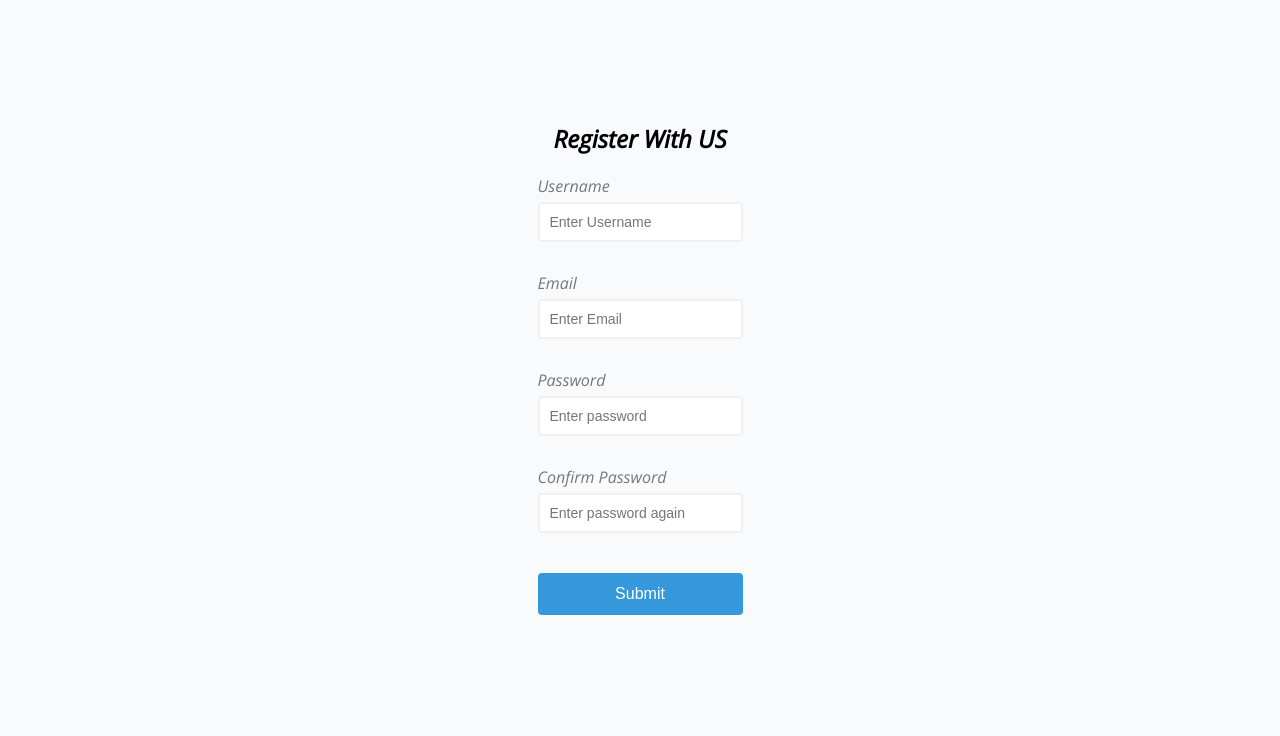
Repository: Izaya171/programming
Page: musicPlayer/index.html
These files come from the project's save history. The page is drawn as it stood at one moment and after the next save; the edit follows.
The browser window is 1280 px wide. The pictures show the whole page.

Above is the page before, as saved 2021-09-18 12:30:50.

### musicPlayer/index.html
<!DOCTYPE html>
<html lang="en">

<head>
    <meta charset="UTF-8">
    <meta http-equiv="X-UA-Compatible" content="IE=edge">
    <meta name="viewport" content="width=device-width, initial-scale=1.0">
    <link rel="stylesheet" href="styles.css" class="rel style">
    <title>Form Validator</title>
</head>

<body>
    <div class="container">
        <form id="form" class="form">
            <h2>Register With US</h2>
            <div class="form-control">
                <label for="username">Username</label>
                <input type="text" id="username" placeholder="Enter Username">
                <small>Error Message</small>
            </div>
            <div class="form-control">
                <label for="email">Email</label>
                <input type="text" id="email" placeholder="Enter Email">
                <small>Error Message</small>
            </div>
            <div class="form-control">
                <label for="password">Password</label>
                <input type="password" id="password" placeholder="Enter password">
                <small>Error Message</small>
            </div>
            <div class="form-control">
                <label for="password2">Confirm Password</label>
                <input type="password" id="password2" placeholder="Enter password again">
                <small>Error Message</small>
            </div>
            <button>Submit</button>
        </form>

    </div>

    <script src="script.js"></script>
</body>

</html>

### musicPlayer/styles.css
@import url('https://fonts.googleapis.com/css2?family=Open+Sans:ital,wght@1,300&display=swap');
:root {
    --success-color: #2ecc71;
    --error-color: #e74c3c;
}

* {
    box-sizing: border-box;
}

body {
    background-color: #f9fafb;
    font-family: 'Open Sans', sans-serif;
    display: flex;
    align-items: center;
    justify-content: center;
    min-height: 100vh;
}

container {
    background-color: #fff;
    border-radius: 5px;
    box-shadow: 0 2px 10px rgb(0, 0, 0, 0.3);
    width: 400px;
}

h2 {
    text-align: center;
    margin: 0 0 20px;
}

.form {
    padding: 30px 40px;
}

.form-control {
    margin-bottom: 10px;
    padding-bottom: 20px;
    position: relative;
}

.form-control label {
    color: #777;
    display: block;
    margin-bottom: 5px;
}

.form-control input {
    border: 2px solid #f0f0f0;
    border-radius: 4px;
    display: block;
    width: 100%;
    padding: 10px;
    font-size: 14px;
}

.form-control input:focus {
    outline: 0;
    border-color: rgb(128, 66, 66)
}

.form-control.success input {
    border-color: var(--success-color);
}

.form-control.error input {
    border-color: var(--error-color);
}

.form-control small {
    color: var(--error-color);
    position: absolute;
    bottom: 0;
    left: 0;
    visibility: hidden;
}

.form-control.error small {
    visibility: visible;
}

.form button {
    cursor: pointer;
    background-color: #3498db;
    border: 2px solid #3498db;
    border-radius: 4px;
    color: #fff;
    display: block;
    font-size: 16px;
    padding: 10px;
    margin-top: 20px;
    width: 100%;
}

Loaded but not shown: musicPlayer/script.js (no stored copy; drawn as an empty file)

After the next save:
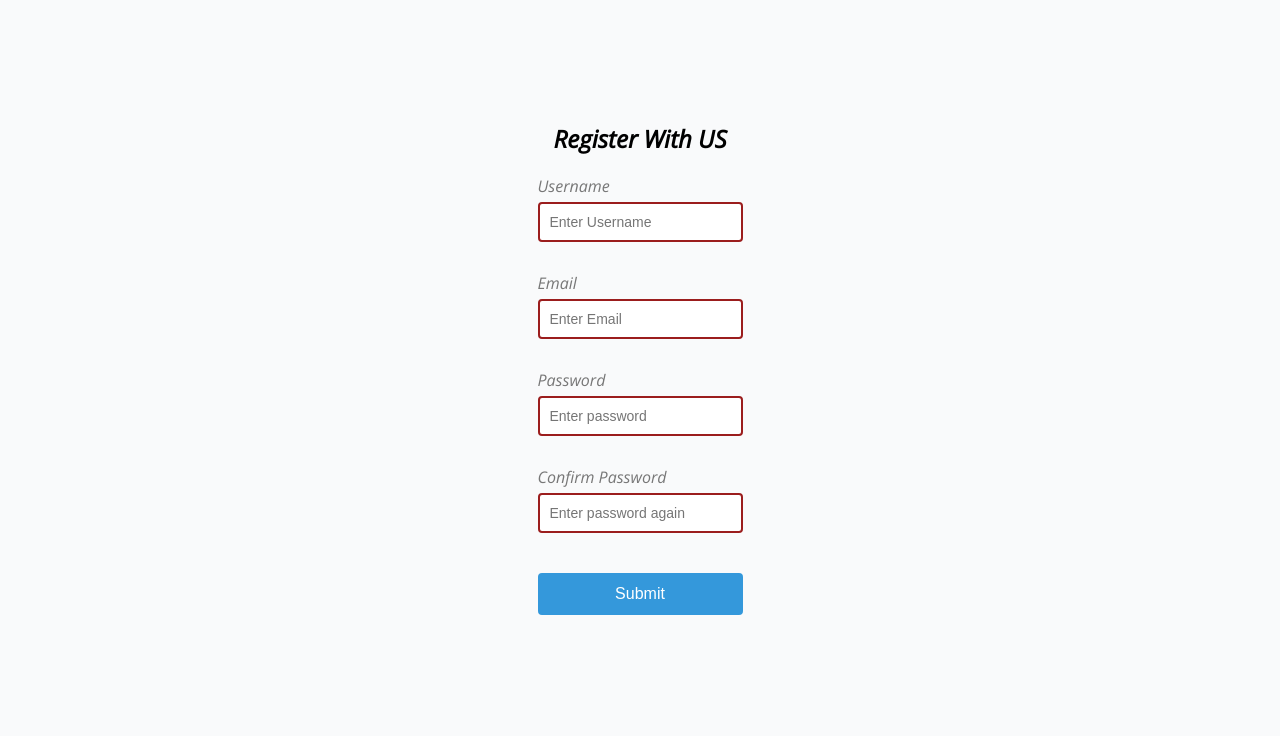
Saved 22 s later.
--- a/musicPlayer/styles.css
+++ b/musicPlayer/styles.css
@@ -46,7 +46,7 @@ h2 {
 }
 
 .form-control input {
-    border: 2px solid #f0f0f0;
+    border: 2px solid #9b1d1d;
     border-radius: 4px;
     display: block;
     width: 100%;
@@ -56,7 +56,7 @@ h2 {
 
 .form-control input:focus {
     outline: 0;
-    border-color: rgb(128, 66, 66)
+    border-color: #777
 }
 
 .form-control.success input {
